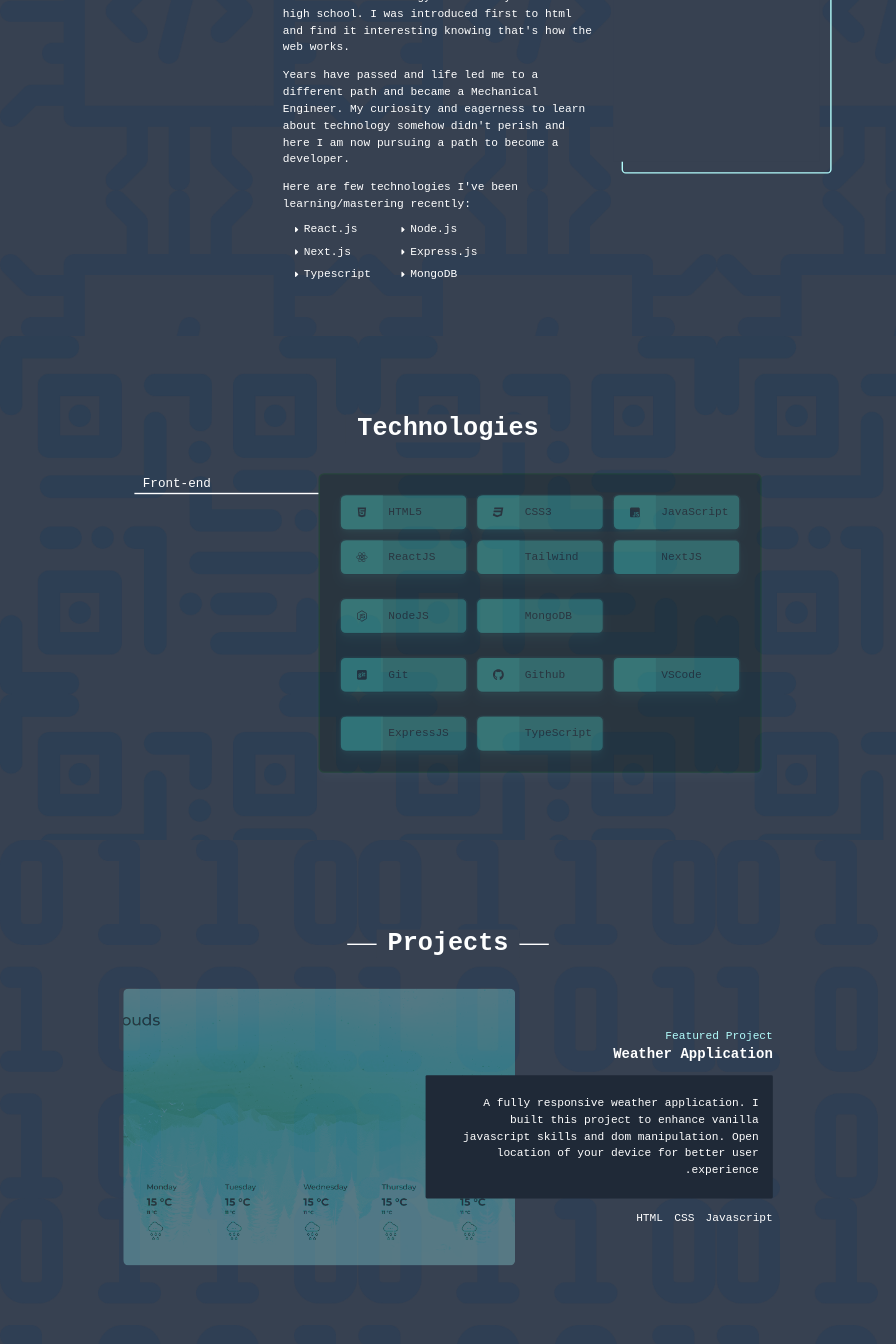
Repository: riandev25/nextjs-portfolio
Page: /
An editor plug-in stored every save of this project. The page is shown before and after the next save, followed by the edit.
The browser window is 1280 px wide. The pictures show the part of the page from y = 960 to 2880 px (the page is 2880 px tall), at 70% of full size.
Backgrounds fixed to the window are drawn as part of the page. The project was rebuilt for these pictures with package versions that can differ from the ones it lists, and the page was loaded fresh each time. The framework's server and built-in components were replaced by stand-ins that run in the browser. Also part of the build but not shown: next.config.js, components/Home/Keyboard/index.module.css, components/Home/Keyboard/index.jsx, components/About/Contacts.jsx.

Above is the page before, as saved 2022-11-13 13:08:15.

After the next save:
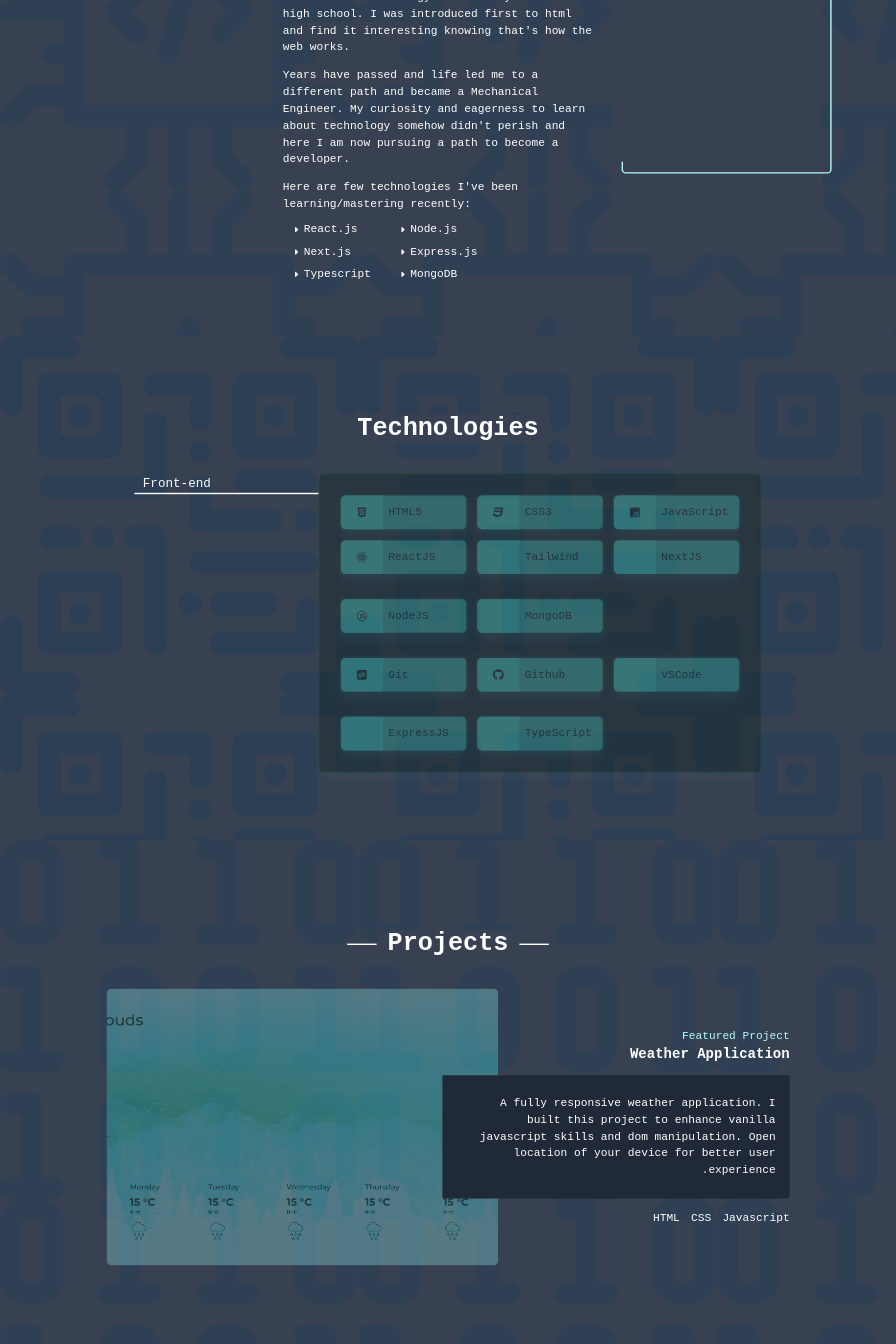
Saved 60 s later.
--- a/components/Projects/index.jsx
+++ b/components/Projects/index.jsx
@@ -35,7 +35,7 @@ const Projects = () => {
           />
         </section>
         <section
-          className='z-20 w-[23rem] flex flex-col overflow-visible space-y-4 lg:w-[23rem]'
+          className='z-20 w-[23rem] flex flex-col overflow-visible space-y-4 lg:w-[26rem]'
           dir='rtl'
         >
           <div className='flex flex-col justify-end items-end' dir='ltr'>
